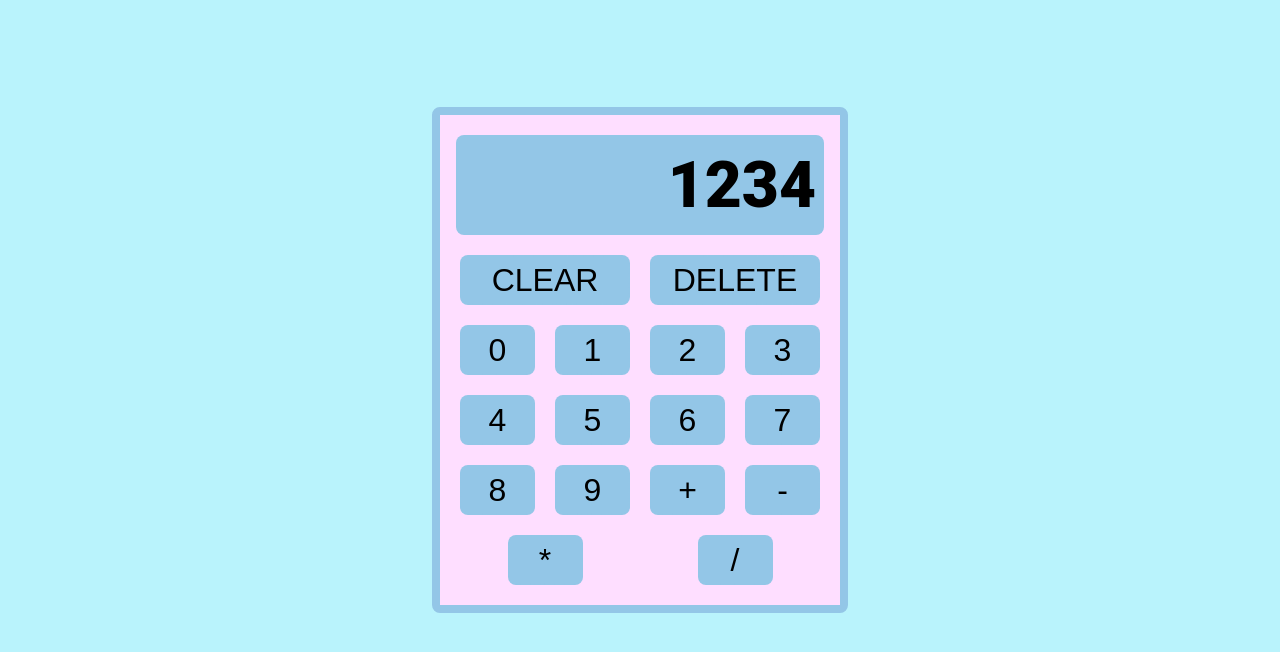
Repository: yeetzpxoci/calculator
Page: index.html
The author's editor kept a copy of each file at every save. The page is drawn from the files as they stood at one save, then again after the next save.
The browser window is 1280 px wide. The pictures show the whole page.

Above is the page before, as saved 2023-02-04 17:15:51.
Console error: TypeError: Cannot set properties of null (setting 'innerHTML')

After the next save:
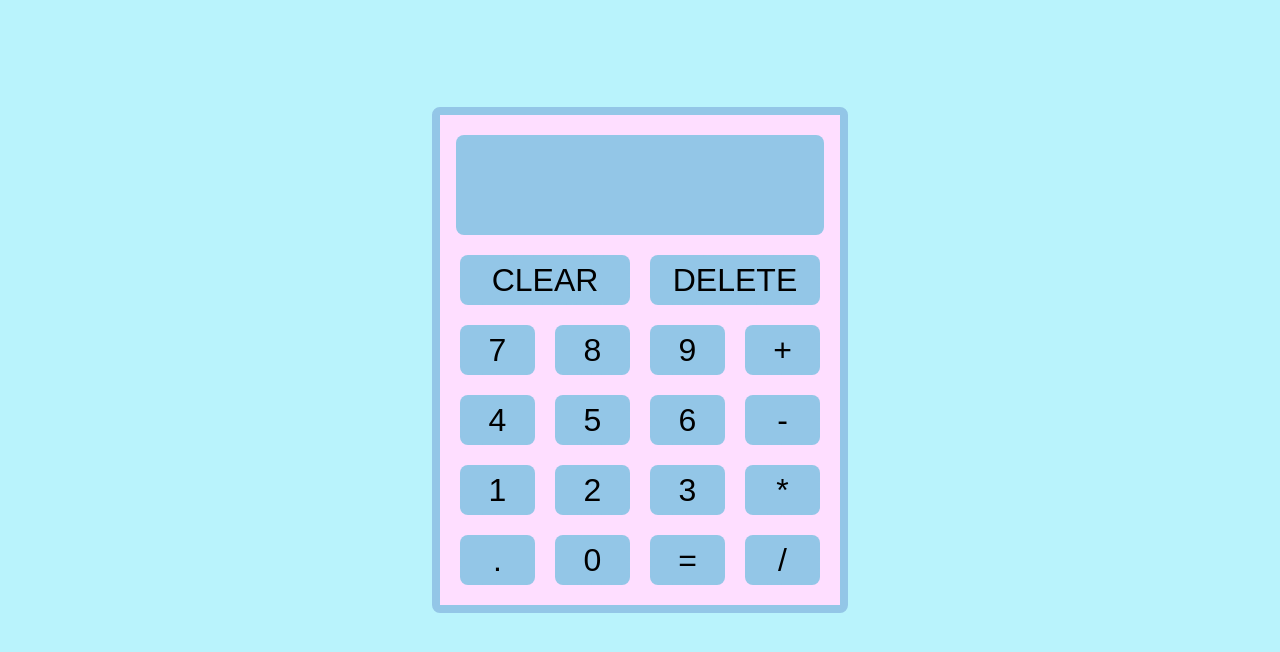
Console error: TypeError: document.getElementsByClassName(...).forEach is not a function
Saved 61 s later.
--- a/index.html
+++ b/index.html
@@ -10,25 +10,27 @@
 
 <body>
     <div class="calculator-container">
-        <div class="display">
+        <div id="display" class="display">
             1234
         </div>
         <div class="button-container">
             <button class="clear-button">CLEAR</button>
             <button class="delete-button">DELETE</button>
-            <button class="number-button">0</button>
-            <button class="number-button">1</button>
-            <button class="number-button">2</button>
-            <button class="number-button">3</button>
-            <button class="number-button">4</button>
-            <button class="number-button">5</button>
-            <button class="number-button">6</button>
             <button class="number-button">7</button>
             <button class="number-button">8</button>
             <button class="number-button">9</button>
             <button class="operator-button">+</button>
+            <button class="number-button">4</button>
+            <button class="number-button">5</button>
+            <button class="number-button">6</button>
             <button class="operator-button">-</button>
+            <button class="number-button">1</button>
+            <button class="number-button">2</button>
+            <button class="number-button">3</button>
             <button class="operator-button">*</button>
+            <button class="operator-button">.</button>
+            <button class="number-button">0</button>
+            <button class="operator-button">=</button>
             <button class="operator-button">/</button>
         </div>
     </div>
